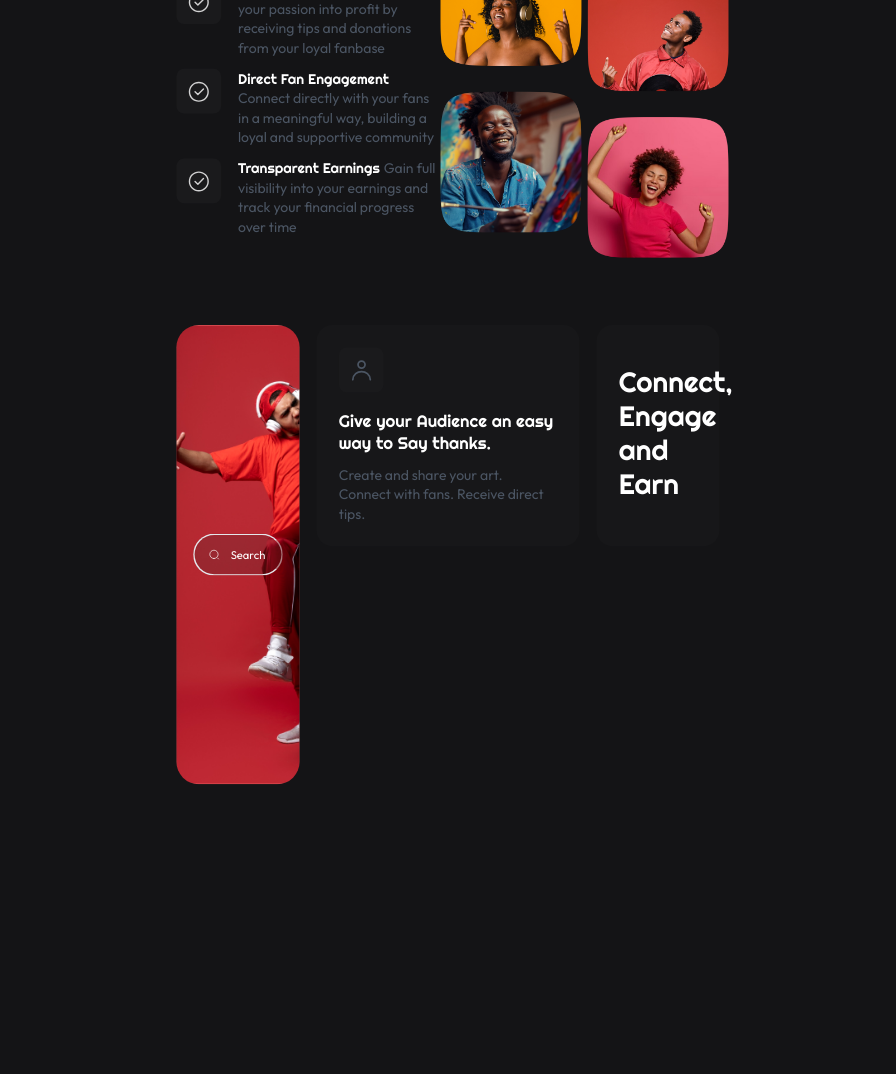
Repository: felixdusengimana/capstone-project-mirror
Page: / (app in frontend/)
An editor plug-in stored every save of this project. The page is shown before and after the next save, followed by the edit.
The browser window is 1280 px wide. The pictures show the part of the page from y = 2555 to 4475 px (the page is 4089 px tall before and 4593 px after), at 70% of full size.
The project was rebuilt for these pictures with package versions that can differ from the ones it lists, and the page was loaded fresh each time. The framework's server and built-in components were replaced by stand-ins that run in the browser. Also part of the build but not shown: frontend/next.config.mjs.

Above is the page before, as saved 2024-03-11 16:46:27.

### frontend/app/layout.tsx
import type { Metadata } from "next";
import { Righteous, Outfit } from "next/font/google";
import "./globals.css";

const outfit = Outfit({ subsets: ["latin"], variable: "--font-outfit" });
const righteous = Righteous({
  subsets: ["latin"],
  variable: "--font-righteous",
  weight: "400",
});

export const metadata: Metadata = {
  title: "Pesatone - Search and gift your favorite creators",
  description:
    "A place where fans show gratitude to the African content creators they love!",
};

export default function RootLayout({
  children,
}: Readonly<{
  children: React.ReactNode;
}>) {
  return (
    <html lang="en">
      <body className={`${outfit.variable} ${righteous.variable} font-sans`}>
        {children}
      </body>
    </html>
  );
}

### frontend/app/page.tsx
import Avatar from "@/components/atoms/Avatar";
import Headline from "@/components/atoms/Headline";
import Card from "@/components/molecules/Card";
import CardIcon from "@/components/molecules/CardIcon";
import Search from "@/components/molecules/Search";
import SmallCard from "@/components/molecules/SmallCard";
import Intro from "@/components/organisms/Intro";
import Navbar from "@/components/organisms/Navbar";
import Image from "next/image";
import React from "react";

export default function page() {
  return (
    <div className="py-[73px]">
      <Navbar />
      <Intro />
      <section className="mt-24 page-padding">
        <div className="max-w-[503px] mx-auto text-center">
          <h5 className="uppercase text-gray-600 mb-4">features</h5>
          <Headline className="text-4xl text-center">
            Unleash Your Influence with Our Exclusive Features
          </Headline>
        </div>
        <div className="grid grid-cols-3 gap-[18px] mt-12">
          <Card title="Secure Transactions" icon="secure">
            Pesatone employs advanced encryption for secure transactions,
            safeguarding you and your fans
          </Card>
          <Card title="Direct Engagement" icon="fast">
            Connect instantly with followers through Pesatone&apos;s
            user-friendly interface, fostering community and stronger
            relationships
          </Card>
          <Card title="Transparent Earnings" icon="dollar">
            Gain clear insight into earnings with Pesatone, easily tracking tips
            and donations for effective financial management
          </Card>
        </div>
      </section>

      <section className="mt-24 page-padding">
        <div className="max-w-[543px] mx-auto text-center">
          <h5 className="uppercase text-gray-600 mb-4">BENEFITS</h5>
          <Headline className="text-4xl text-center">
            Experience the Benefits: Pesatone for Fans and Creators
          </Headline>
        </div>
        <div className="grid grid-cols-2 gap-[18px] mt-12">
          <div className="grid grid-cols-2 w-fit">
            <Avatar
              alt="Profile 1"
              src="/profiles/profile4.png"
              size="2xl"
              circle={false}
              className="ml-[-20px]"
            />
            <Avatar
              alt="Profile 2"
              src={"/profiles/profile3.png"}
              size="2xl"
              circle={false}
              className="mt-[36px]"
            />
            <Avatar
              alt="Profile 3"
              src={"/profiles/profile2.png"}
              size="2xl"
              circle={false}
              className="ml-[-20px]"
            />
            <Avatar
              alt="Profile 4"
              src={"/profiles/profile1.png"}
              size="2xl"
              circle={false}
              className="mt-[36px]"
            />
          </div>
          <div className="flex flex-col justify-center">
            <h5 className="uppercase text-gray-600 mb-6">For Fans</h5>
            <div className="flex flex-col gap-4">
              <SmallCard icon="check" title="Direct Interaction">
                Engage directly with your favorite influencers, fostering a
                closer connection and deeper relationship
              </SmallCard>
              <SmallCard icon="check" title="Support Your Favorites">
                Show your appreciation and support for the creators you love by
                tipping them through Pesatone
              </SmallCard>
              <SmallCard icon="check" title="Exclusive Access ">
                Gain access to exclusive perks and rewards as a loyal fan of
                your favorite influencers.
              </SmallCard>
            </div>
          </div>
        </div>

        <div className="grid grid-cols-2 gap-[18px]  mt-12">
          <div className="flex flex-col justify-center">
            <h5 className="uppercase text-gray-600 mb-6">For creators</h5>
            <div className="flex flex-col gap-4">
              <SmallCard icon="check" title="Monetize Your Passion">
                Turn your passion into profit by receiving tips and donations
                from your loyal fanbase
              </SmallCard>
              <SmallCard icon="check" title="Direct Fan Engagement">
                Connect directly with your fans in a meaningful way, building a
                loyal and supportive community
              </SmallCard>
              <SmallCard icon="check" title="Transparent Earnings">
                Gain full visibility into your earnings and track your financial
                progress over time
              </SmallCard>
            </div>
          </div>
          <div className="grid grid-cols-2 ml-auto w-fit">
            <Avatar
              alt="Profile 1"
              src="/profiles/profile4.png"
              size="2xl"
              circle={false}
              className="ml-[-20px]"
            />
            <Avatar
              alt="Profile 2"
              src={"/profiles/profile3.png"}
              size="2xl"
              circle={false}
              className="mt-[36px]"
            />
            <Avatar
              alt="Profile 3"
              src={"/profiles/profile2.png"}
              size="2xl"
              circle={false}
              className="ml-[-20px]"
            />
            <Avatar
              alt="Profile 4"
              src={"/profiles/profile1.png"}
              size="2xl"
              circle={false}
              className="mt-[36px]"
            />
          </div>
        </div>
      </section>

      <section className="mt-24 page-padding">
        <div className="grid grid-cols-4 grid-rows-3 min-h-[862px] gap-6">
          <div className="bg-[url('/creator-bg.png')] bg-cover bg-no-repeat row-span-2 bg-red-400 rounded-[32px] px-6 flex items-center justify-center">
            <Search className="border-2 border-r-[#ffffff79] " />
          </div>
          <div className="col-span-2">
            <Card
              title="Give your Audience an easy way to Say thanks."
              icon="user"
              className="max-w-full"
            >
              Create and share your art. Connect with fans. Receive direct tips.
            </Card>
          </div>
          <Card
            title={
              <p className="text-[40px] leading-[49px]">
                Connect, Engage and Earn
              </p>
            }
          >
            {""}
          </Card>
        </div>
      </section>
    </div>
  );
}

### frontend/app/globals.css
@tailwind base;
@tailwind components;
@tailwind utilities;

:root {
  --bg: #141416;
  --bg-hover: #232326;
  --secondary-color: #17171A;
  --foreground-rgb: 0, 0, 0;
  --background-start-rgb: 214, 219, 220;
  --background-end-rgb: 255, 255, 255;
}

@media (prefers-color-scheme: dark) {
  :root {
    --foreground-rgb: 255, 255, 255;
    --background-start-rgb: 0, 0, 0;
    --background-end-rgb: 0, 0, 0;
  }
}

body {
  background: var(--bg);
  color: rgb(var(--foreground-rgb));
}

@layer utilities {
  .text-balance {
    text-wrap: balance;
  }
}

.page-padding {
  padding: 0 252px;
}

### frontend/components/atoms/Avatar.tsx
/* eslint-disable @next/next/no-img-element */
import { ComponentProps } from "react";
import Icon from "./Icon";

interface AvatarProps extends ComponentProps<"div"> {
  src: string;
  alt?: string;
  size?: "sm" | "md" | "lg" | "xl" | "2xl";
  circle?: boolean;
  bordered?: boolean;
  fallBackText?: string;
}
export default function Avatar({ ...props }: AvatarProps) {
  const {
    src,
    alt,
    size = "sm",
    circle = true,
    fallBackText,
    bordered,
    ...rest
  } = props;

  const sizeClasses = {
    sm: "w-10 h-10",
    md: "w-12 h-12",
    lg: "w-16 h-16",
    xl: "w-[150px] h-[150px]",
    "2xl": "w-[202px] h-[202px]",
  };

  return (
    <div
      {...rest}
      className={`${src ? "bg-transparent" : "bg-gray-100"} ${
        circle ? "rounded-full" : "rounded"
      } ${bordered ? "border-2 border-white" : ""} ${sizeClasses[size]} ${
        rest.className
      } flex items-center justify-center overflow-hidden`}
    >
      {src ? (
        <img
          src={src}
          alt={alt}
          className={`w-full ${sizeClasses[size]} object-cover`}
        />
      ) : fallBackText ? (
        fallBackText
      ) : (
        <Icon name="user" />
      )}
    </div>
  );
}

### frontend/components/atoms/Headline.tsx
import { ComponentProps } from "react";

interface HeadlineProps extends ComponentProps<"h1"> {}

export default function Headline({ ...props }: HeadlineProps) {
  return (
    <div className={`font-mono text-white ${props.className}`}>
      {props.children}
    </div>
  );
}

### frontend/components/molecules/Card.tsx
import { ComponentProps, ReactNode } from "react";
import { IconNames } from "../atoms/Icon";
import Headline from "../atoms/Headline";
import CardIcon from "./CardIcon";

interface CardProps {
  icon?: IconNames;
  title?: ReactNode | string;
  className?: string;
  children: ReactNode;
}

export default function Card({ ...props }: CardProps) {
  const { icon, title, ...rest } = props;
  return (
    <div className={`bg-[#171719] p-8 rounded-[23px]`}>
      {icon && <CardIcon icon={icon} />}
      <Headline className="text-2xl font-normal mt-6 max-w-[374px]">
        {title}
      </Headline>
      <p
        className={`text-gray-600 font-normal text-xl mt-4 max-w-[333px] ${props.className}`}
      >
        {props.children}
      </p>
    </div>
  );
}

### frontend/components/molecules/Search.tsx
"use client";
import { ComponentProps, useEffect, useState } from "react";
import Icon from "../atoms/Icon";

interface SearchProps extends ComponentProps<"div"> {
  placeholder?: string;
  onSearch?: (query: string) => void;
  onClear?: () => void;
}
export default function Search({
  placeholder = "Search for creators",
  onSearch,
  onClear,
  ...props
}: SearchProps) {
  const [query, setQuery] = useState("");

  // return value after 300ms
  useEffect(
    () => {
      const timer = setTimeout(() => {
        onSearch?.(query);
      }, 300);
      return () => clearTimeout(timer);
    },
    // eslint-disable-next-line react-hooks/exhaustive-deps
    [query]
  );

  return (
    <div
      {...props}
      className={`flex bg-[#2C2C3033] px-5 py-4 gap-4 rounded-full ${props.className}`}
    >
      <Icon name="search" onClick={() => onSearch?.(query)} />
      <input
        disabled
        type="text"
        placeholder={placeholder}
        className="w-full text-white placeholder:text-white bg-transparent outline-none"
        onChange={(e) => setQuery(e.target.value)}
      />
    </div>
  );
}

### frontend/components/molecules/SmallCard.tsx
import { ComponentProps } from "react";
import { IconNames } from "../atoms/Icon";
import CardIcon from "./CardIcon";

interface SmallCardProps extends ComponentProps<"div"> {
  icon: IconNames;
  title: string;
}

export default function SmallCard({ ...props }: SmallCardProps) {
  return (
    <div className="flex gap-6">
      <CardIcon icon={props.icon} />
      <p className="text-gray-600 font-normal text-xl">
        <span className="text-white font-mono">{props.title} </span>
        {props.children}
      </p>
    </div>
  );
}

### frontend/components/organisms/Intro.tsx
"use client";

import Headline from "@/components/atoms/Headline";
import Search from "@/components/molecules/Search";
import DownloadApp from "../molecules/DownloadApp";

export default function Intro() {
  return (
    <div className="grid grid-cols-2 pl-[252px]">
      <div className="mt-40">
        <Headline className="text-[64px] leading-[79.47px]">
          Search and gift your favorite creators
        </Headline>
        <p className="text-xl text-gray-600 max-w-[535px] mt-5">
          A place where fans show gratitude to the African content creators they
          love!
        </p>
        <Search className="max-w-[502px] mt-10" />

        <p className="text-gray-600 mt-24 text-base">
          Trusted Users <br />
          Rated 4.5 by 700K+ Customers
        </p>
        <div className="flex gap-6 mt-6">
          <DownloadApp os="android" />
          <DownloadApp os="ios" className="px-[42px]" />
        </div>
      </div>
      <div className="h-full w-full">
        {/* eslint-disable-next-line @next/next/no-img-element */}
        <img src="./home-bg.png" alt="" className="w-full h-full" />
      </div>
    </div>
  );
}

### frontend/components/organisms/Navbar.tsx
import Image from "next/image";
import Button from "../atoms/Button";
import Link from "next/link";

export default function Navbar() {
  return (
    <div className="page-padding flex justify-between items-center">
      <Link href={"/"} className="flex  items-center gap-2">
        <Image
          src="/logo-white.png"
          alt="PESATONElogo"
          width={40}
          height={40}
        />
        <p className="text-sm">ESATONE</p>
      </Link>
      <div className="flex items-center gap-6">
        <Link href={"/login"}>
          <Button variant="secondary" className="px-12">
            Login
          </Button>
        </Link>
        <Link href={"/join"}>
          <Button variant="white" className="font-semibold">
            Sign up free
          </Button>
        </Link>
      </div>
    </div>
  );
}

### frontend/components/molecules/CardIcon.tsx
import React from "react";
import Icon, { IconNames } from "../atoms/Icon";

export default function CardIcon({ icon }: { icon: IconNames }) {
  return (
    <div className="w-16 min-w-[64px] h-16 rounded-[11px] bg-[#1A1A1C] flex items-center justify-center">
      <Icon name={icon} />
    </div>
  );
}

### frontend/components/molecules/DownloadApp.tsx
import { ComponentProps } from "react";
import Icon from "../atoms/Icon";

interface DownloadAppProps extends ComponentProps<"div"> {
  os: "android" | "ios";
}

export default function DownloadApp({ os, ...props }: DownloadAppProps) {
  return (
    <div
      {...props}
      className={`flex items-center gap-4 px-10 py-4 border border-[#202024] bg-[#202024] rounded-full cursor-pointer min-w-[202.09px]`}
    >
      <Icon name={os == "android" ? "google-play" : "apple-store"} />
      <div>
        <p className="text-[#DBDBDB] font-medium text-[10px]">
          {os == "android" ? "Get it On" : "Download on the"}
        </p>
        <h3 className="text-[#DBDBDB] font-bold text-sm">
          {os == "android" ? "Google Play" : "App Store"}
        </h3>
      </div>
    </div>
  );
}

### frontend/components/atoms/Button.tsx
import { ComponentProps } from "react";

interface ButtonProps extends ComponentProps<"button"> {
  variant?: "dark" | "white" | "blurred" | "secondary";
  size?: "sm" | "md" | "lg";
  bordered?: boolean;
}

export default function Button({ ...props }: ButtonProps) {
  const { variant = "dark", size = "md", bordered = false } = props;

  const variantClasses = {
    dark: "bg-black text-white",
    white: "bg-white text-black",
    secondary: "bg-secondary text-white",
    blurred: "bg-blurred text-white",
  };

  const sizeClasses = {
    sm: "px-2 py-1",
    md: "px-8 py-4",
    lg: "px-6 py-3",
  };

  const borderClasses = bordered ? "border border-black" : "";

  return (
    <button
      {...props}
      className={`text-xl font-normal rounded-full ${variantClasses[variant]} ${sizeClasses[size]} ${borderClasses} ${props.className}`}
    >
      {props.children}
    </button>
  );
}

### frontend/tailwind.config.ts
import type { Config } from "tailwindcss";

const config: Config = {
  content: [
    "./pages/**/*.{js,ts,jsx,tsx,mdx}",
    "./components/**/*.{js,ts,jsx,tsx,mdx}",
    "./app/**/*.{js,ts,jsx,tsx,mdx}",
  ],
  theme: {
    extend: {
      // backgroundImage: {
      //   "gradient-radial": "radial-gradient(var(--tw-gradient-stops))",
      //   "gradient-conic":
      //     "conic-gradient(from 180deg at 50% 50%, var(--tw-gradient-stops))",
      // },
      fontFamily: {
        sans: ["var(--font-outfit)"],
        mono: ["var(--font-righteous)"],
      },
      colors: {
        secondary: "var(--secondary-color)",
      },
    },
  },
  plugins: [],
};
export default config;

Loaded but not shown: frontend/components/atoms/Icon.tsx (241 lines, source omitted)

After the next save:
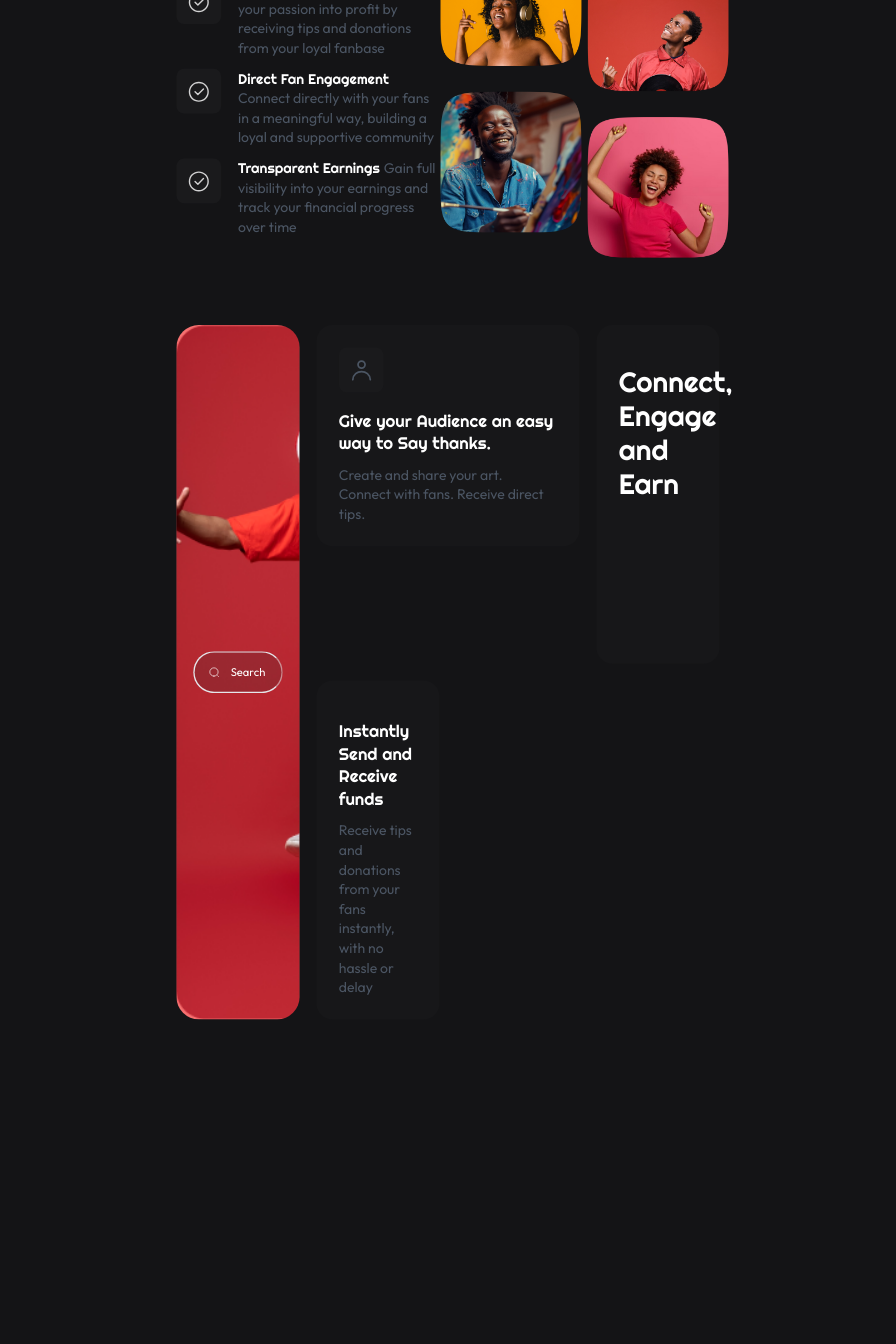
Saved 50 s later.
--- a/frontend/app/page.tsx
+++ b/frontend/app/page.tsx
@@ -169,6 +169,12 @@ export default function page() {
           >
             {""}
           </Card>
+          <div>
+            <Card title="Instantly Send and Receive funds">
+              Receive tips and donations from your fans instantly, with no
+              hassle or delay
+            </Card>
+          </div>
         </div>
       </section>
     </div>
